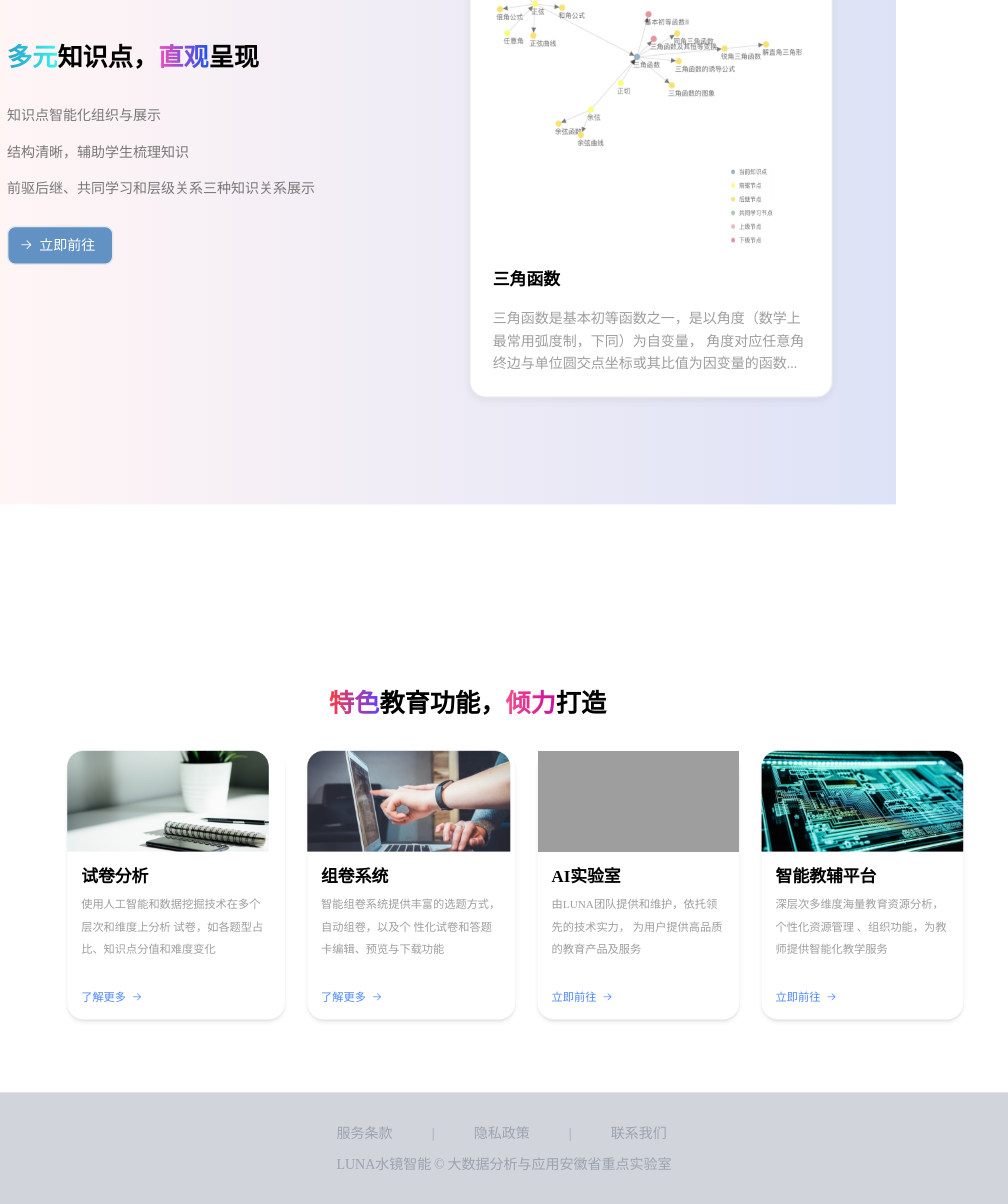
Repository: xydzy1/vue-start
Page: /
These files come from the project's save history. The page is drawn as it stood at one moment and after the next save; the edit follows.
The browser window is 1280 px wide. The page is 1440 px wide, so the pictures cover 1440 px, including what lies to the right of the window. The pictures show the part of the page from y = 2632 to 4352 px (the page is 4352 px tall), at 70% of full size.
Pictures or frames that could not be fetched are drawn as grey boxes. The project was rebuilt for these pictures with package versions that can differ from the ones it lists, and the page was loaded fresh each time. Also part of the build but not shown: vite.config.js, vue.config.cjs, src/assets/part1.css.

Above is the page before, as saved 2023-08-13 11:44:41.

After the next save:
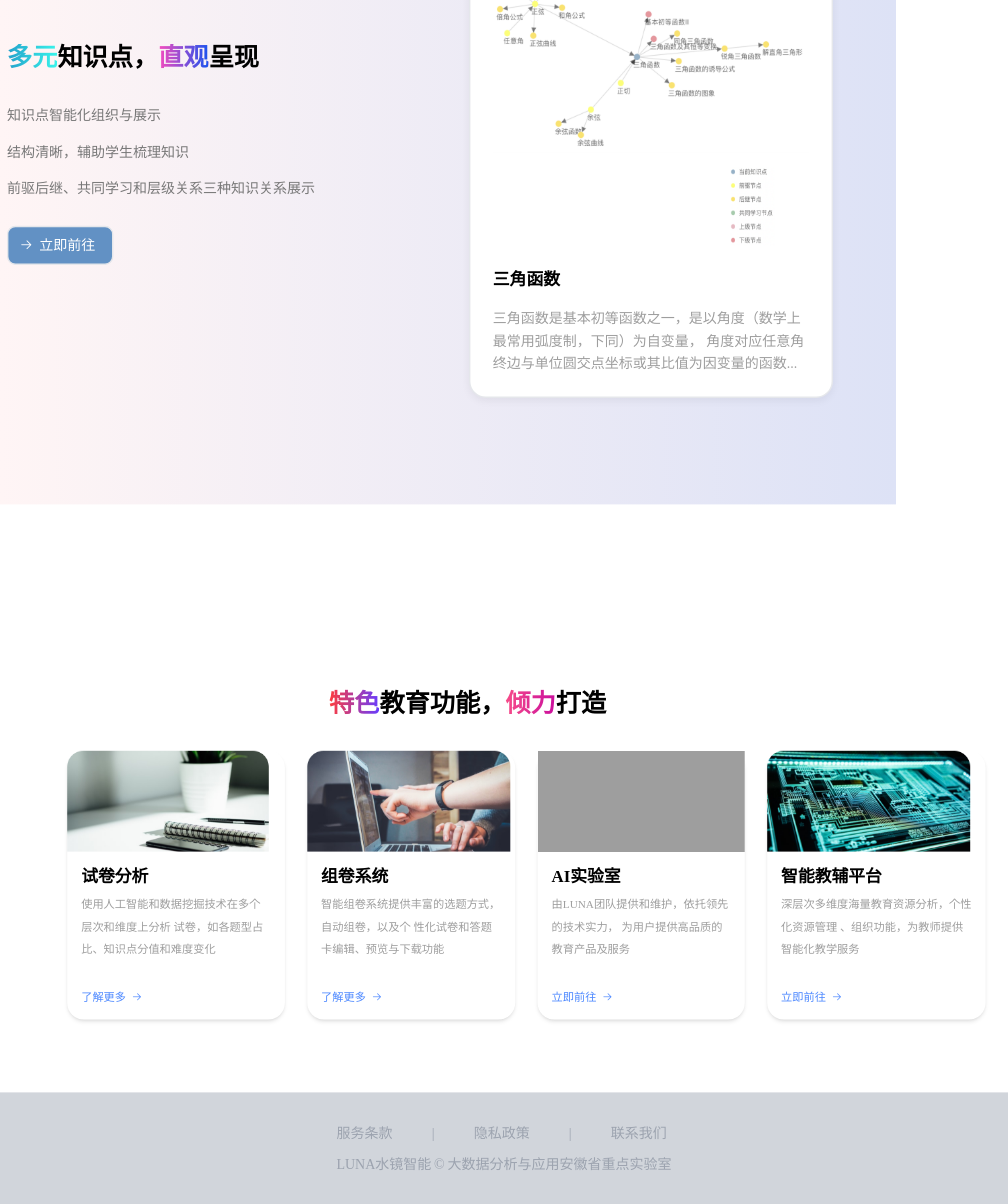
Saved 57 s later.
--- a/src/components/all_part/part4.vue
+++ b/src/components/all_part/part4.vue
@@ -40,7 +40,7 @@
 						</span>
 					</div>
 				</div>
-				<div class="flex flex-col minw:flex-row max-w-full minw:max-w-2xl">
+				<div class="flex flex-none flex-col minw:flex-row max-w-full minw:max-w-2xl">
 					<div class="relative transform hover:-translate-y-4 flex flex-col w-auto min-w-72 h-96 rounded-3xl shadow-md mx-4 mt-16 minw:mt-0">
 							<div class="bg-cover bg-center w-auto min-w-72 h-36" style="background-image: url(../../image/p4-3.png);">
 							</div>
